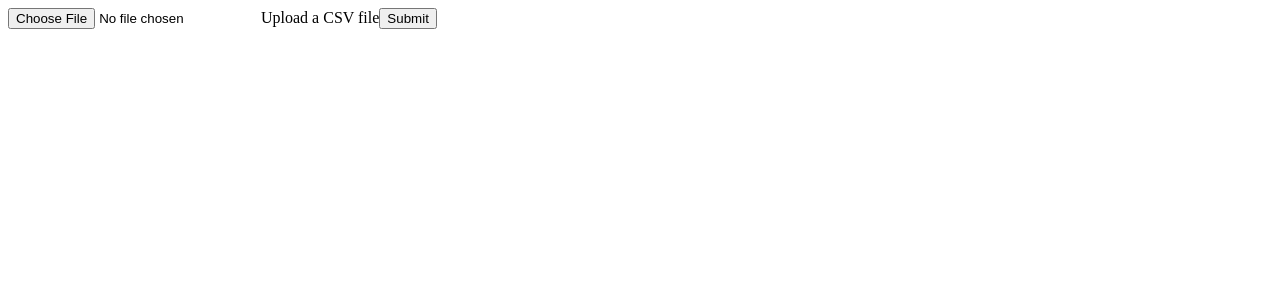
Repository: Muskan1Kumari4draw/React-app-with-concept
Page: /
The author's editor kept a copy of each file at every save. The page is drawn from the files as they stood at one save, then again after a run of saves.
The browser window is 1280 px wide. The pictures show the whole page.
The project was rebuilt for these pictures with package versions that can differ from the ones it lists, and the page was loaded fresh each time.

Above is the page before, as saved 2024-10-22 11:31:18.

After the next 2 saves:
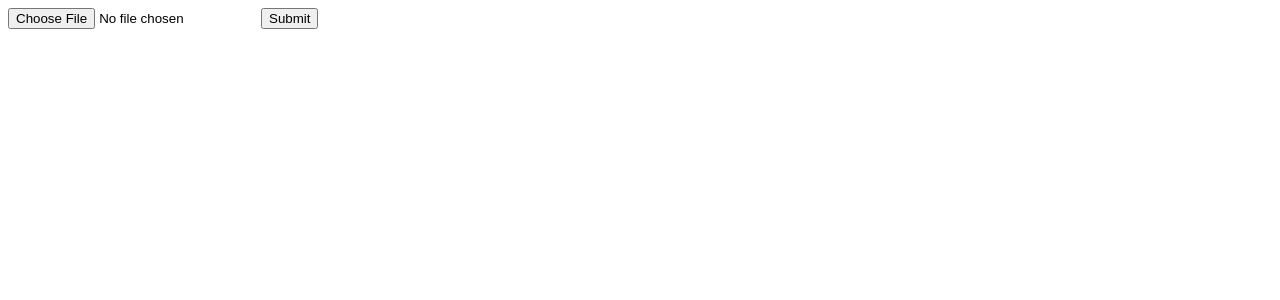
The 2 saves are shown as one change because they came seconds apart.
The last was saved 19 s later.
--- a/src/component/File-upload/FileUpload.js
+++ b/src/component/File-upload/FileUpload.js
@@ -4,8 +4,7 @@ const FileUpload = () => {
   return (
     <>
       <form className="form-control">
-        <input type="file" id="file" name="file" accept=".csv" />
-        <label htmlFor="file">Upload a CSV file</label>
+        <input type="file" id="file" name="file" />
         <button type="submit">Submit</button>
       </form>
     </>
